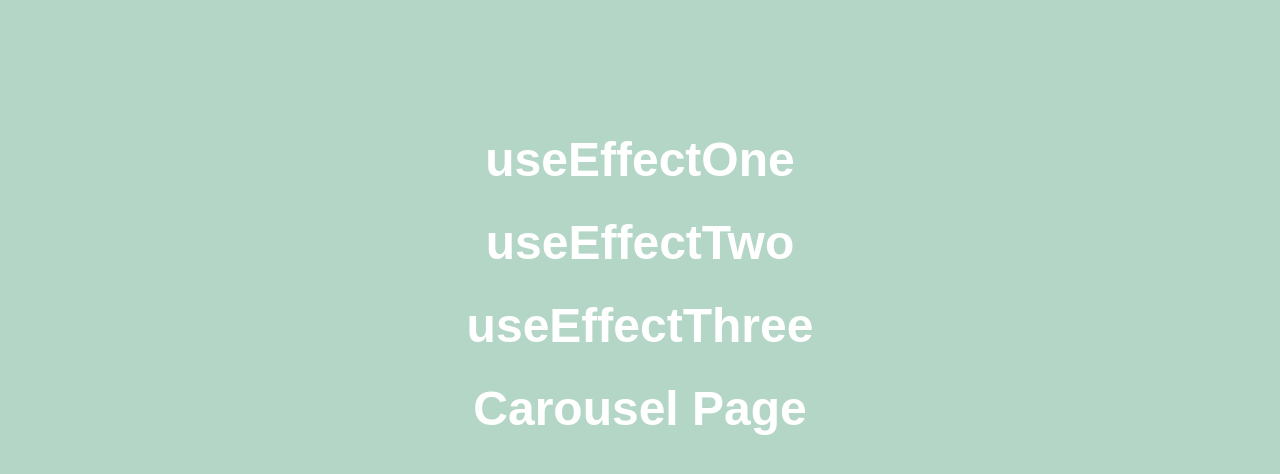
Repository: jennydmcm/useeffect-carousel
Page: /
An editor plug-in stored every save of this project. The page is shown before and after the next save, followed by the edit.
The browser window is 1280 px wide. The pictures show the whole page.
The project was rebuilt for these pictures with package versions that can differ from the ones it lists, and the page was loaded fresh each time. The framework's server and built-in components were replaced by stand-ins that run in the browser. Also part of the build but not shown: next.config.js.

Above is the page before, as saved 2023-02-23 18:42:05.

After the next save:
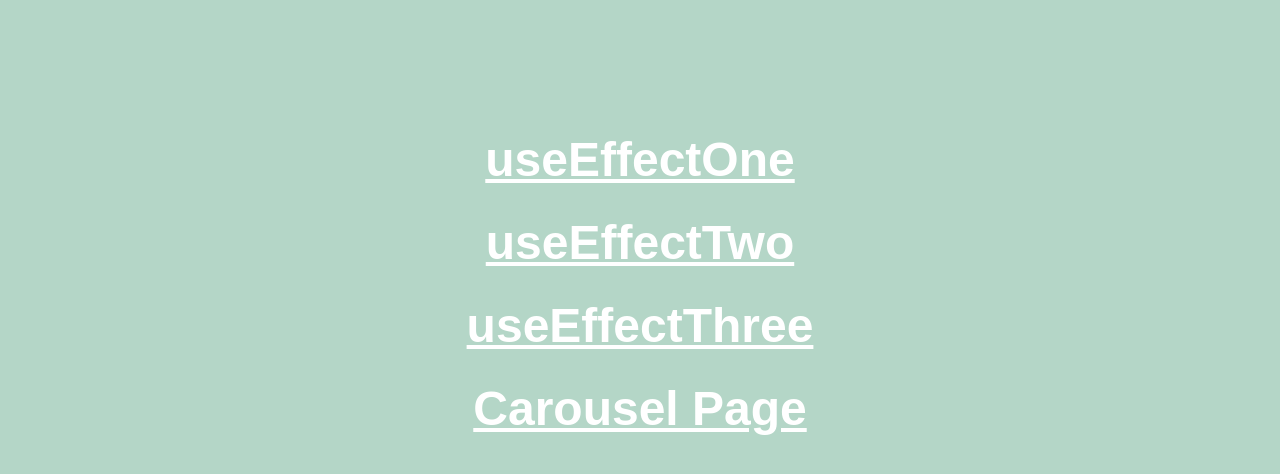
Saved 11 s later.
--- a/styles/Home.module.css
+++ b/styles/Home.module.css
@@ -12,5 +12,5 @@
   font-size: 3rem;
   font-weight: bolder;
   color: white;
-  text-decoration: double 1px white;
+
 }
